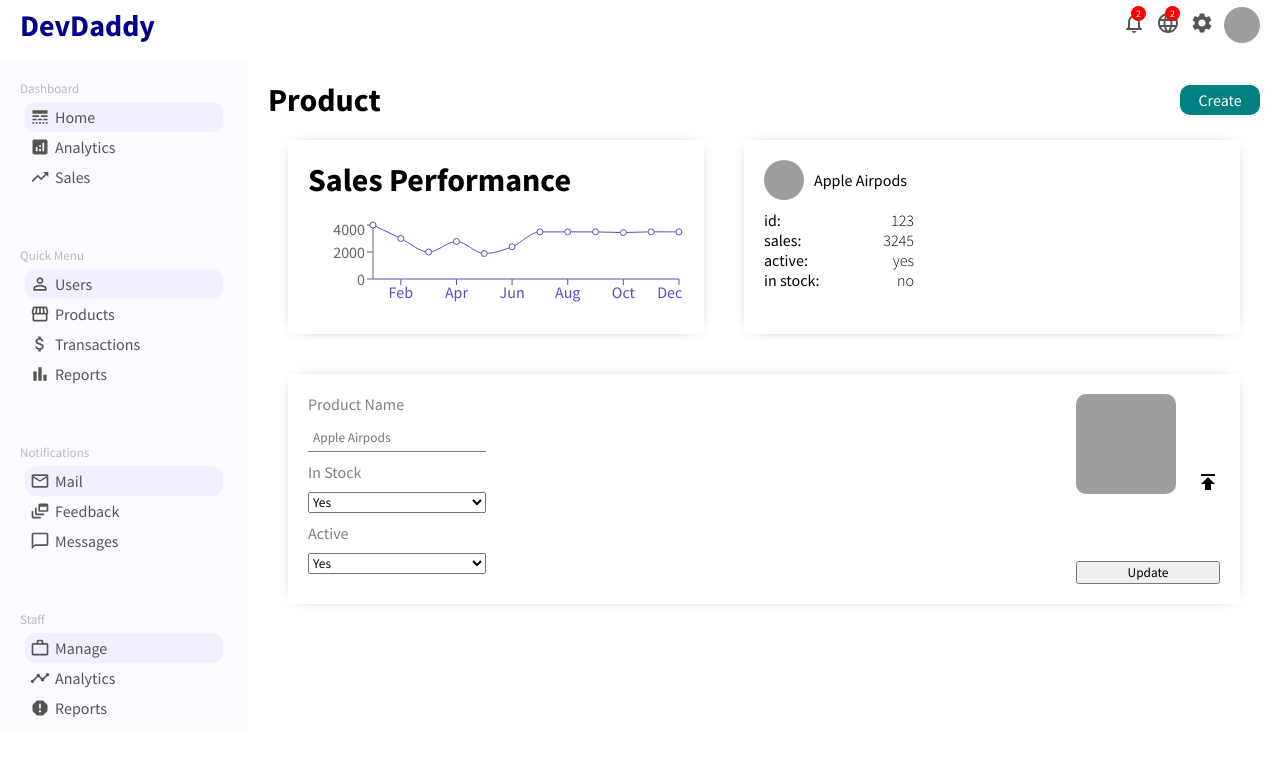
Repository: Marhamat92/react-admin-dashboard
Page: /product/1
The author's editor kept a copy of each file at every save. The page is drawn from the files as they stood at one save, then again after the next save.
The browser window is 1280 px wide. The pictures show the whole page.
Pictures or frames that could not be fetched are drawn as grey boxes. The project was rebuilt for these pictures with package versions that can differ from the ones it lists, and the page was loaded fresh each time. Also part of the build but not shown: src/pages/home/home.scss, src/components/featuredInfo/featuredInfo.scss, src/components/featuredInfo/FeaturedInfo.js, src/data/userData.js, src/components/widgetSm/widgetSm.scss, src/components/widgetSm/WidgetSm.js, src/components/widgetLg/widgetLg.scss, src/components/widgetLg/WidgetLg.js and 13 more.

Above is the page before, as saved 2023-02-13 21:52:45.

After the next save:
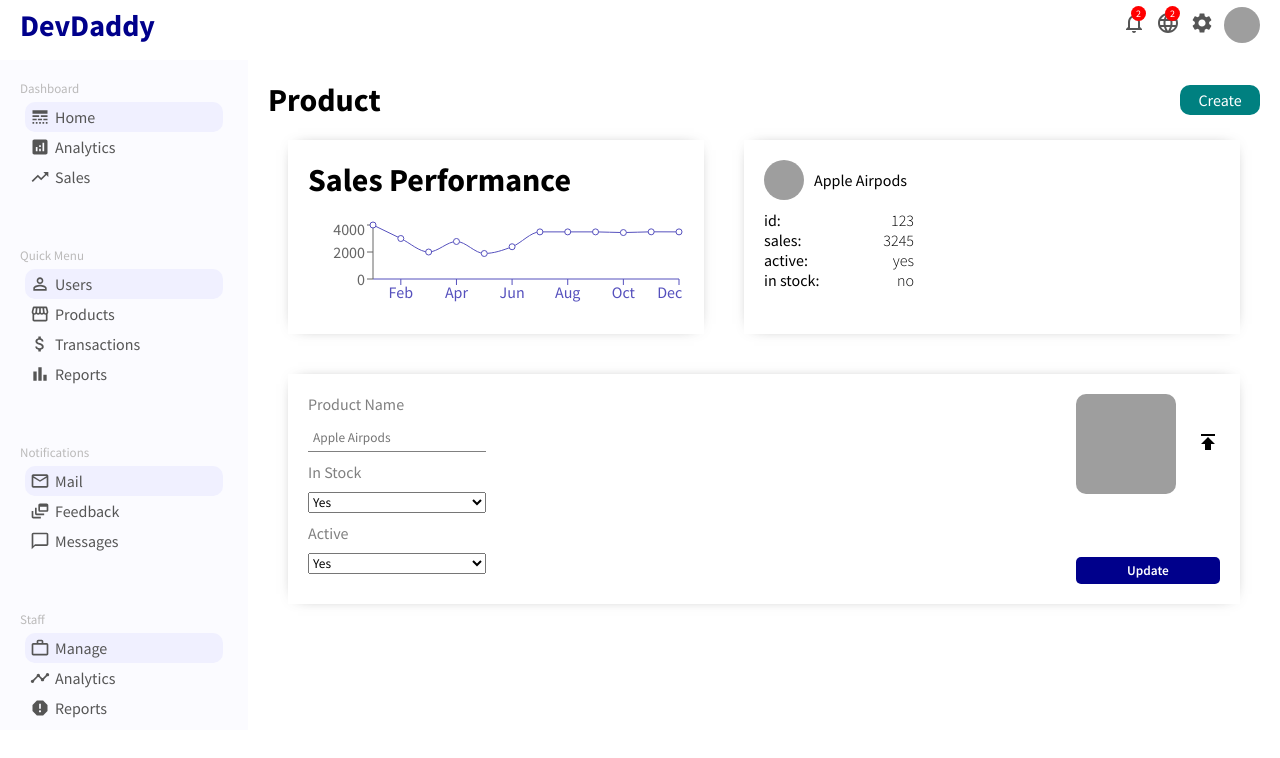
Saved 4 min 8 s later.
--- a/src/pages/product/product.scss
+++ b/src/pages/product/product.scss
@@ -117,3 +117,19 @@
   flex-direction: column;
   justify-content: space-between;
 }
+
+.productUpload{
+  display:flex;
+  align-items: center;
+  margin-bottom: 10px;
+}
+
+.productButton{
+  border: none;
+  padding: 5px;
+  border-radius: 5px;
+  background-Color:darkblue;
+  color: #fff;
+  cursor: pointer;
+  font-weight: 600;
+}
